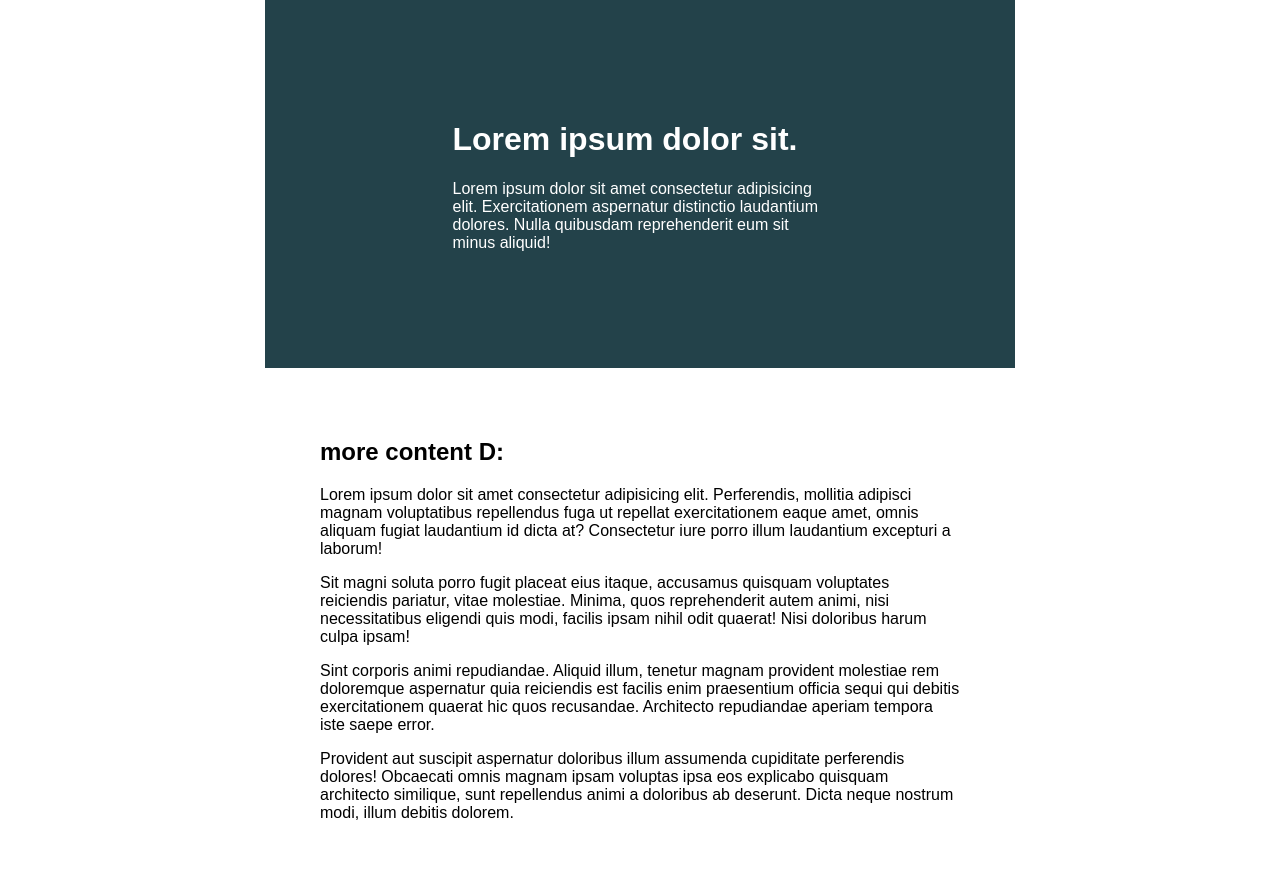
Repository: ufanodev/responsive-3
Page: index.html
The author's editor kept a copy of each file at every save. The page is drawn from the files as they stood at one save, then again after the next save.
The browser window is 1280 px wide. The pictures show the whole page.

Above is the page before, as saved 2022-12-10 19:40:33.

### index.html
<!DOCTYPE html>
<html lang="en">
<head>
    <meta charset="UTF-8">
    <meta name="viewport" content="width=device-width, initial-scale=1.0">
    <title>KP Responsive Course</title>

    <link rel="stylesheet" href="style.css">
</head>
<body>

    <div class="container">
        <div class="intro-content">
            <h1>Lorem ipsum dolor sit.</h1>
            <p>Lorem ipsum dolor sit amet consectetur adipisicing elit. Exercitationem aspernatur distinctio laudantium dolores. Nulla quibusdam reprehenderit eum sit minus aliquid!</p>
        </div>
    </div>

    <div class ="intro-content">
        <h2>more content D:</h2>
            <p>Lorem ipsum dolor sit amet consectetur adipisicing elit. Perferendis, mollitia adipisci magnam voluptatibus repellendus fuga ut repellat exercitationem eaque amet, omnis aliquam fugiat laudantium id dicta at? Consectetur iure porro illum laudantium excepturi a laborum!</p>

            <p>Sit magni soluta porro fugit placeat eius itaque, accusamus quisquam voluptates reiciendis pariatur, vitae molestiae. Minima, quos reprehenderit autem animi, nisi necessitatibus eligendi quis modi, facilis ipsam nihil odit quaerat! Nisi doloribus harum culpa ipsam!</p>

            <p>Sint corporis animi repudiandae. Aliquid illum, tenetur magnam provident molestiae rem doloremque aspernatur quia reiciendis est facilis enim praesentium officia sequi qui debitis exercitationem quaerat hic quos recusandae. Architecto repudiandae aperiam tempora iste saepe error.</p>
            <p>Provident aut suscipit aspernatur doloribus illum assumenda cupiditate perferendis dolores! Obcaecati omnis magnam ipsam voluptas ipsa eos explicabo quisquam architecto similique, sunt repellendus animi a doloribus ab deserunt. Dicta neque nostrum modi, illum debitis dolorem.</p>
    </div>

</body>
</html>

### style.css
/* INSTRUCTIONS
 *
 * 1) Keep the text inside .intro-content
 *    in the same place, but have the background
 *    extend from one side of the viewport
 *    to the other, no matter how wide or narrow
 *    the browser is.
 *
 * 2) Limit the maximum width of the text in the
 *    bottom area.
 *
 * You may modify the HTML if needed
 * (you probably should for this challenge)
 *
 */

* {
  box-sizing: border-box;
}

body {
  margin: 0;
  font-family: sans-serif;
}

.container {
  width: 80%;
  max-width: 750px;
  margin: 0 auto;
  background: #23424a;
  color: white;
  padding: 50px 0;
}

.intro-content {
  width: 50%;
  max-width: 750px;
  margin: 0 auto;
  padding: 50px 0;
}

After the next save:
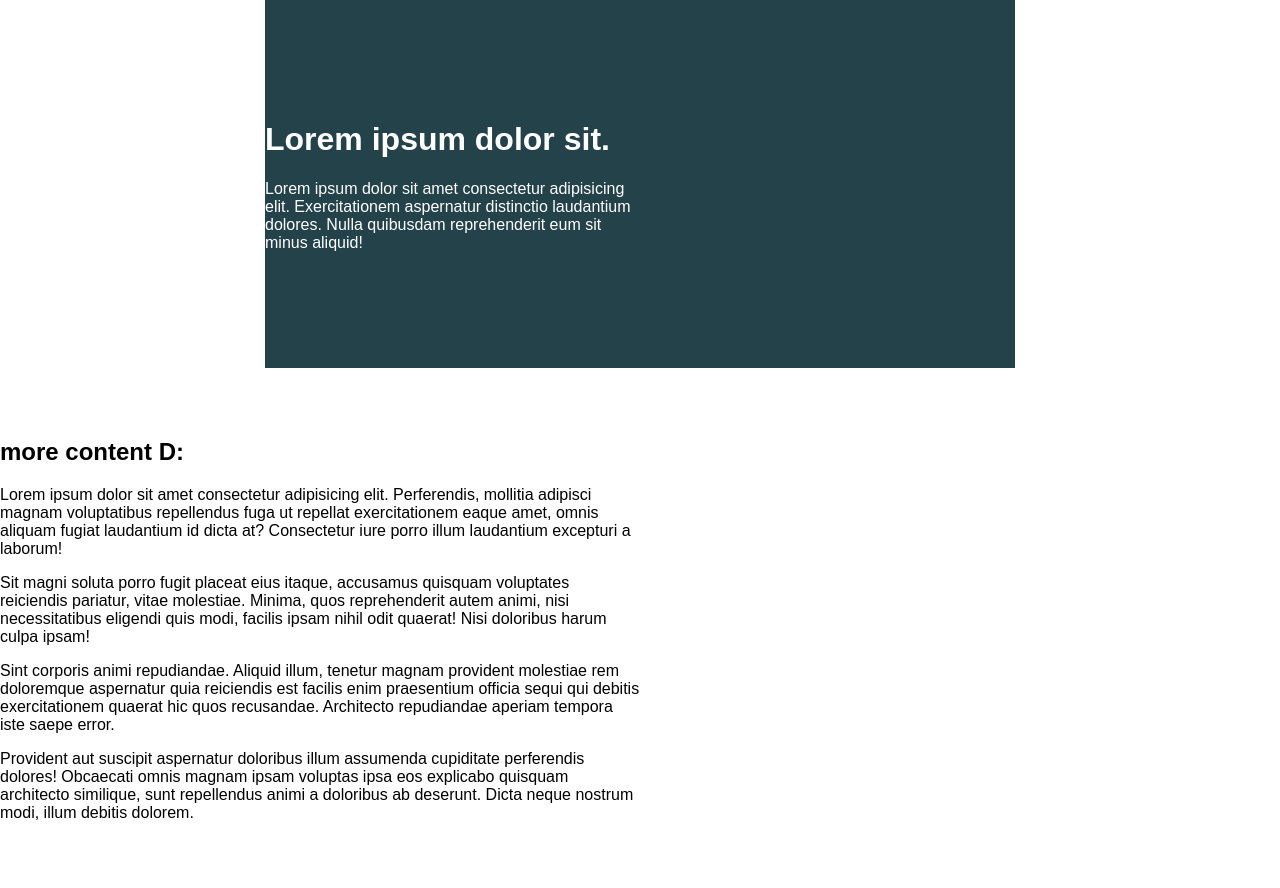
Saved 12 s later.
--- a/style.css
+++ b/style.css
@@ -35,6 +35,5 @@
 .intro-content {
   width: 50%;
   max-width: 750px;
-  margin: 0 auto;
   padding: 50px 0;
 }

After the save that followed:
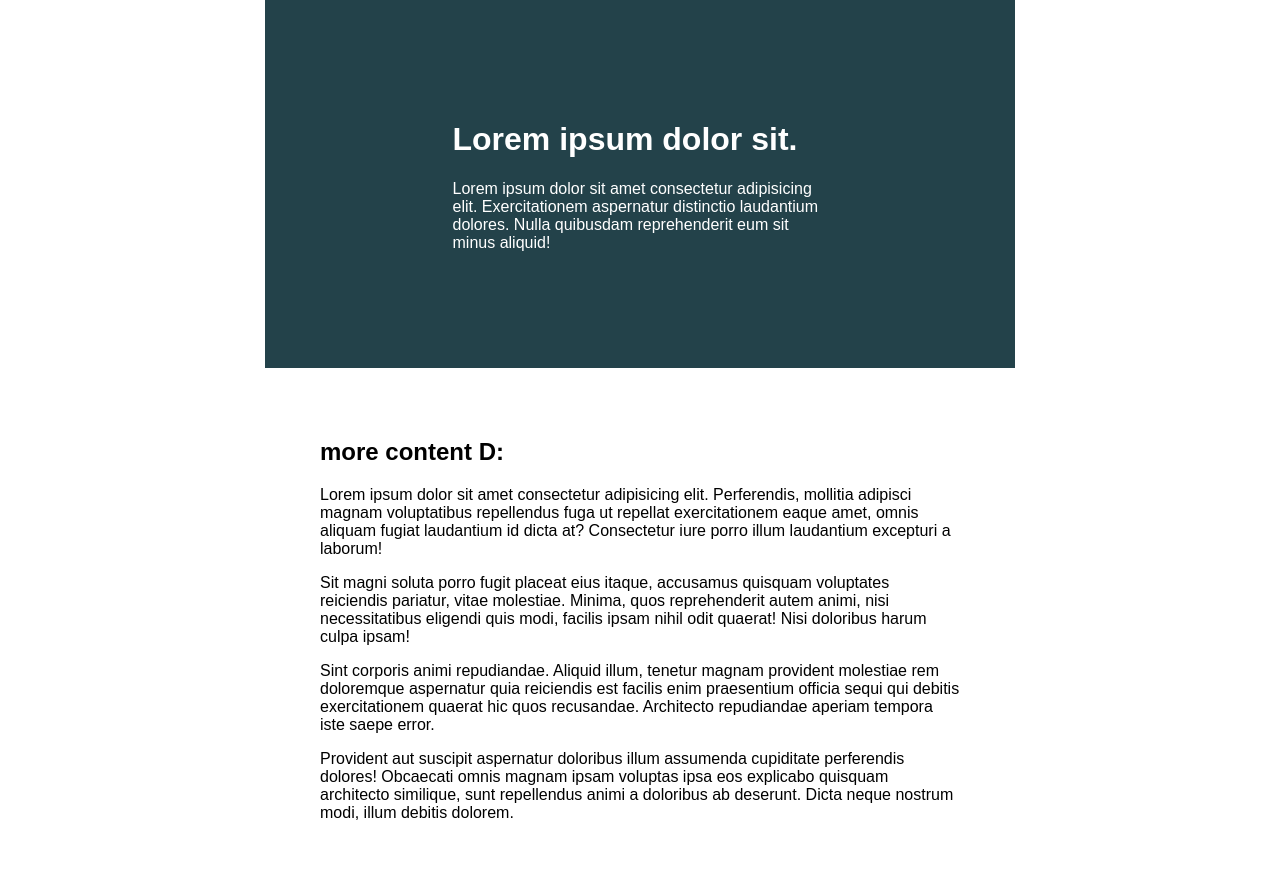
Saved 5 s later.
--- a/style.css
+++ b/style.css
@@ -35,5 +35,6 @@
 .intro-content {
   width: 50%;
   max-width: 750px;
+  margin: 0 auto;
   padding: 50px 0;
 }
